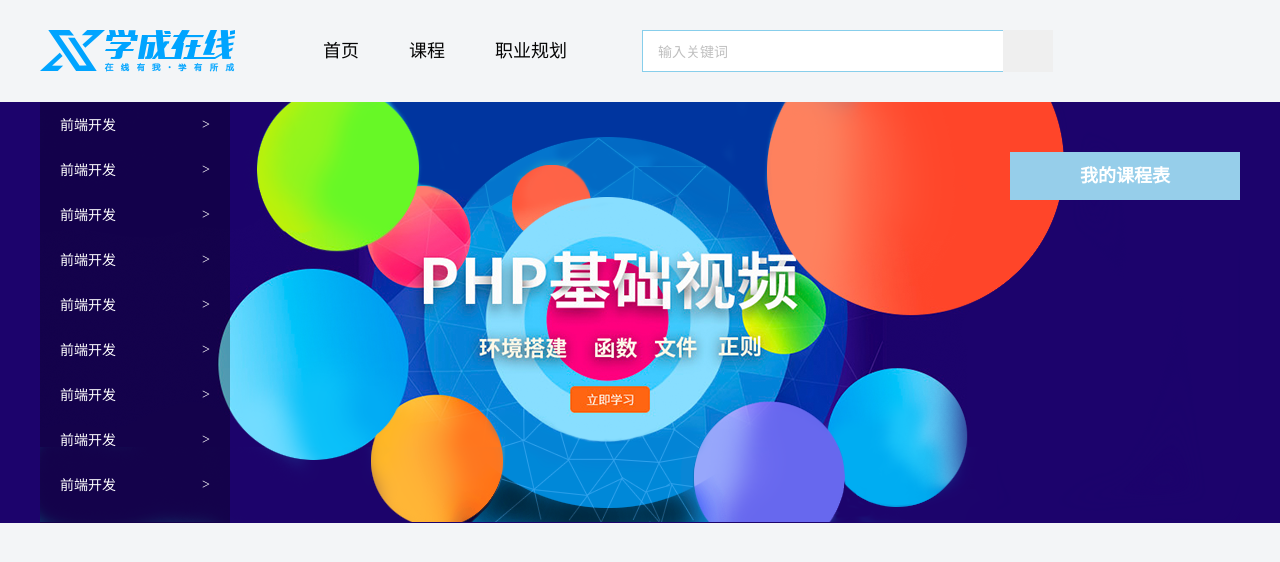
Repository: R1Deemo/Web-Project
Page: index..html
An editor plug-in stored every save of this project. The page is shown before and after the next save, followed by the edit.
The browser window is 1280 px wide. The pictures show the whole page.

Above is the page before, as saved 2022-03-09 17:33:44.

### index..html
<!DOCTYPE html>
<html lang="en">

<head>
    <meta charset="UTF-8">
    <meta http-equiv="X-UA-Compatible" content="IE=edge">
    <meta name="viewport" content="width=device-width, initial-scale=1.0">
    <title>测试页面</title>
    <link rel="stylesheet" href="style.css">
</head>

<body>
    <!--头部模块 -->
    <div class="header w">
        <div class="logo">
            <img src="images/学成在线.png" alt="">
        </div>
        <!-- 实际开发中要用li+a的做法做导航栏 -->
        <div class="nav">
            <ul>
                <li>
                    <a href="#">首页</a>
                </li>
                <li>
                    <a href="#">课程</a>
                </li>
                <li>
                    <a href="#">职业规划</a>
                </li>

            </ul>
        </div>
        <!-- 搜索模块 -->
        <div class="search">
            <input type="text" value="输入关键词">
            <button></button>

        </div>

    </div>
    <!-- 头部区域结束 -->
    <!-- banner部分开始 -->
    <div class="banner">
        <div class="w">
            <div class="subnav">
                <ul>
                    <li><a href="#">前端开发<span>&gt</span></a></li>
                    <li><a href="#">前端开发<span>&gt</span></a></li>
                    <li><a href="#">前端开发<span>&gt</span></a></li>
                    <li><a href="#">前端开发<span>&gt</span></a></li>
                    <li><a href="#">前端开发<span>&gt</span></a></li>
                    <li><a href="#">前端开发<span>&gt</span></a></li>
                    <li><a href="#">前端开发<span>&gt</span></a></li>
                    <li><a href="#">前端开发<span>&gt</span></a></li>
                    <li><a href="#">前端开发<span>&gt</span></a></li>

                </ul>

            </div>
            <div class="course">
                <h2>我的课程表</h2>
                <div class="bd">

                </div>

            </div>
        </div>
    </div>

</body>

</html>

### style.css
* {
    margin: 0;
    padding: 0;
}

.w {
    width: 1200px;
    margin: 0 auto;
}

body {
    background-color: #f3f5f7;
}

li {
    list-style: none;
}

a {
    text-decoration: none;
}

.header {
    height: 42px;
    /* background-color: pink; */
    margin: 30px auto;
}

.logo {
    float: left;
    width: 198px;
    height: 42px;
}

.nav {
    float: left;
    margin-left: 60px;
}

.nav ul li {
    float: left;
    margin: 0 15px;
}

.nav ul li a {
    display: block;
    height: 42px;
    padding: 0 10px;
    line-height: 42px;
    font-size: 18px;
    color: #050505;
}

.nav ul li a:hover {
    border-bottom: 2px solid #00a4ff;
}

.search {
    float: left;
    width: 412px;
    height: 42px;
    margin-left: 50px;
}

.search input {
    float: left;
    width: 345px;
    height: 40px;
    border: 1px solid skyblue;
    border-right: 0;
    color: #bfbfbf;
    font-size: 14px;
    padding-left: 15px;
}

.search button {
    float: left;
    width: 50px;
    height: 42px;
    border: 0;
    /* background: url(images/搜索.png); */
}

.banner {
    background-color: #1c036c;
    height: 421px;
}

.banner .w {
    background: url(images/banner2.png) no-repeat top center;
    height: 421px;
}

.subnav {
    float: left;
    width: 190px;
    height: 421px;
    background-color: rgba(0, 0, 0, .3);
}

.subnav ul li {
    height: 45px;
    line-height: 45px;
    padding: 0 20px;
}

.subnav ul li a {
    font-size: 14px;
    color: #fff;
}

.subnav ul li a span {
    float: right;
}

.subnav ul li a:hover {
    color: #00a4ff;
}

.course {
    float: right;
    margin-top: 50px;
    width: 230px;
    height: 300px;
    /* background-color: #fff; */
}

.course h2 {
    height: 48px;
    background-color: #96ceea;
    font-size: 18px;
    line-height: 48px;
    text-align: center;
    color: #fff;
}

.bd {
    padding: 0 20px;
}

.bd ul li h4 {
    font-size: 16px;
    color: #4e4e;
}

.bd ul li p {
    font-size: 12px;
    color: #a5a5;
}

.bd ul li {
    border-bottom: 1px solid #ccc;
    padding: 14px 0;
}

After the next save:
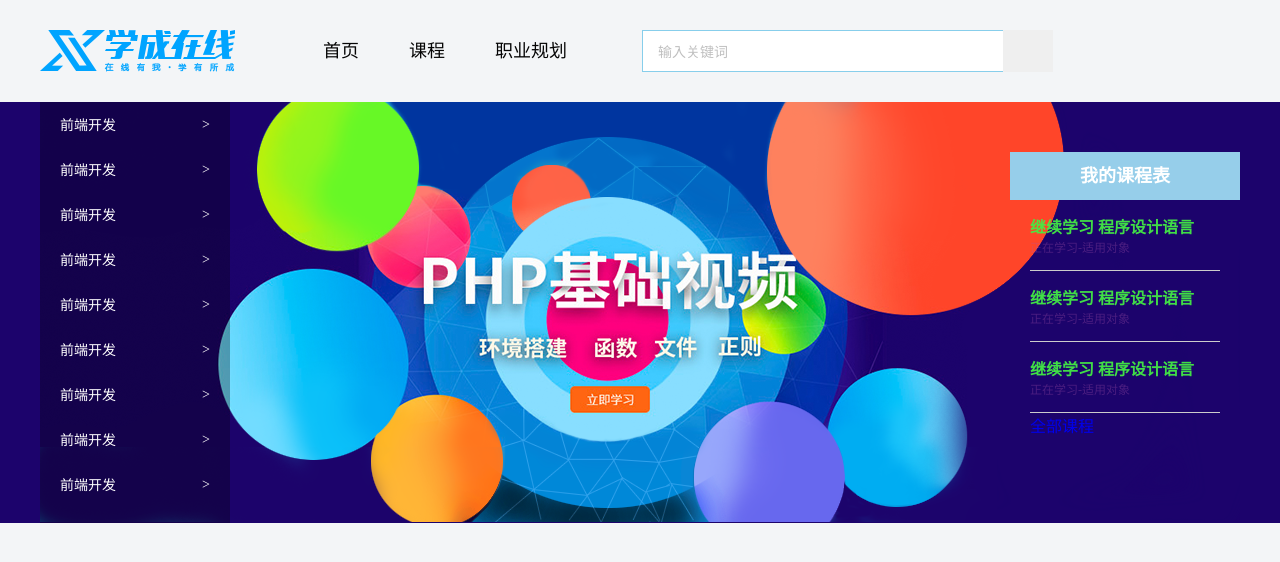
Saved 4 s later.
--- a/index..html
+++ b/index..html
@@ -60,7 +60,23 @@
             <div class="course">
                 <h2>我的课程表</h2>
                 <div class="bd">
+                    <ul>
+                        <li>
+                            <h4>继续学习 程序设计语言</h4>
+                            <p>正在学习-适用对象</p>
+                        </li>
+                        <li>
+                            <h4>继续学习 程序设计语言</h4>
+                            <p>正在学习-适用对象</p>
+                        </li>
+                        <li>
+                            <h4>继续学习 程序设计语言</h4>
+                            <p>正在学习-适用对象</p>
+                        </li>
 
+
+                    </ul>
+                    <a href="#">全部课程</a>
                 </div>
 
             </div>
